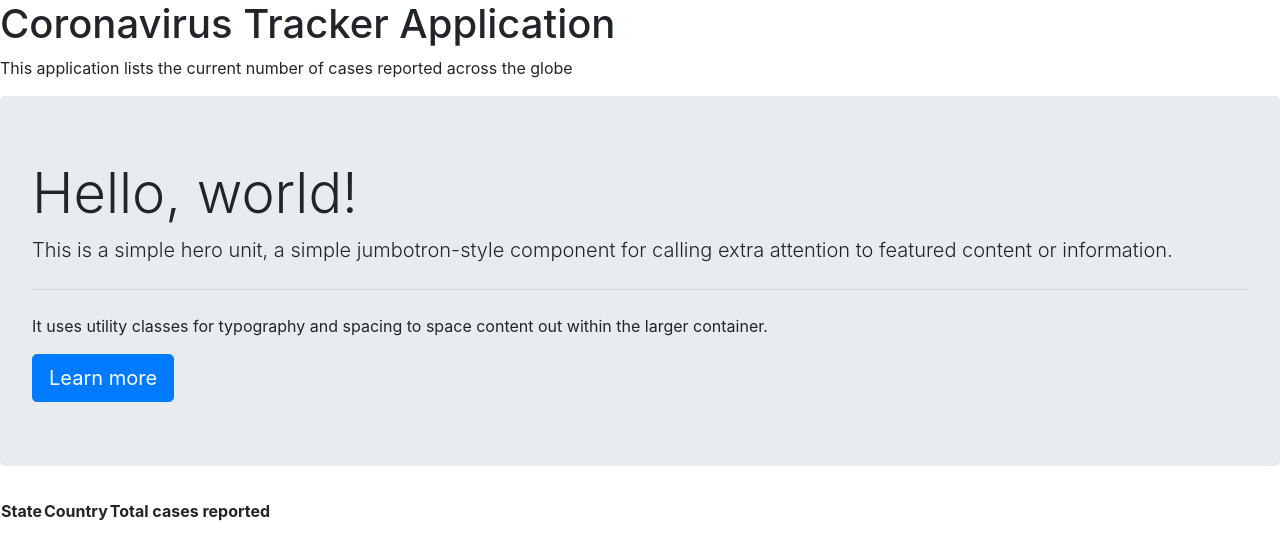
Repository: safaladhikari1/CoronaVirusTrackerApp
Page: http://localhost/home
These files come from the project's save history. The page is drawn as it stood at one moment and after the next save; the edit follows.
The browser window is 1280 px wide. The pictures show the whole page.
The page is this project's Thymeleaf template; nobody is signed in. The template is opened directly, without the code that normally fills it, so the values that code supplies are empty.

Above is the page before, as saved 2020-08-30 07:30:52.

### coronavirus-tracker/src/main/resources/templates/home.html
<!DOCTYPE html>

<html xmlns:th="http://www.thymeleaf.org">

  <head>
    <title>Coronavirus Tracker Application</title>
    <meta http-equiv="Content-Type" content="text/html; charset=UTF-8" />
    <link rel="stylesheet" href="https://stackpath.bootstrapcdn.com/bootstrap/4.5.2/css/bootstrap.min.css" integrity="sha384-JcKb8q3iqJ61gNV9KGb8thSsNjpSL0n8PARn9HuZOnIxN0hoP+VmmDGMN5t9UJ0Z" crossorigin="anonymous">


  </head>

  <body>

  	<h1>Coronavirus Tracker Application</h1>
  	<p>This application lists the current number of cases reported across the globe</p>

    <div class="jumbotron">

  		<h1 class="display-4">Hello, world!</h1>
  		<p class="lead">This is a simple hero unit, a simple jumbotron-style component for calling extra attention to featured content or information.</p>
  		<hr class="my-4">
  		<p>It uses utility classes for typography and spacing to space content out within the larger container.</p>
  		<a class="btn btn-primary btn-lg" href="#" role="button">Learn more</a>
	</div>

    <table>
	  <tr>
	    <th>State</th>
	    <th>Country</th>
	    <th>Total cases reported</th>
	  </tr>
	  <tr th:each="locationStat : ${locationStats}">
	    <td th:text="${locationStat.state}"></td>
	    <td th:text="${locationStat.country}"></td>
	    <td th:text="${locationStat.latestTotalCases}">0</td>
	  </tr>
	</table>

  </body>

</html>

After the next save:
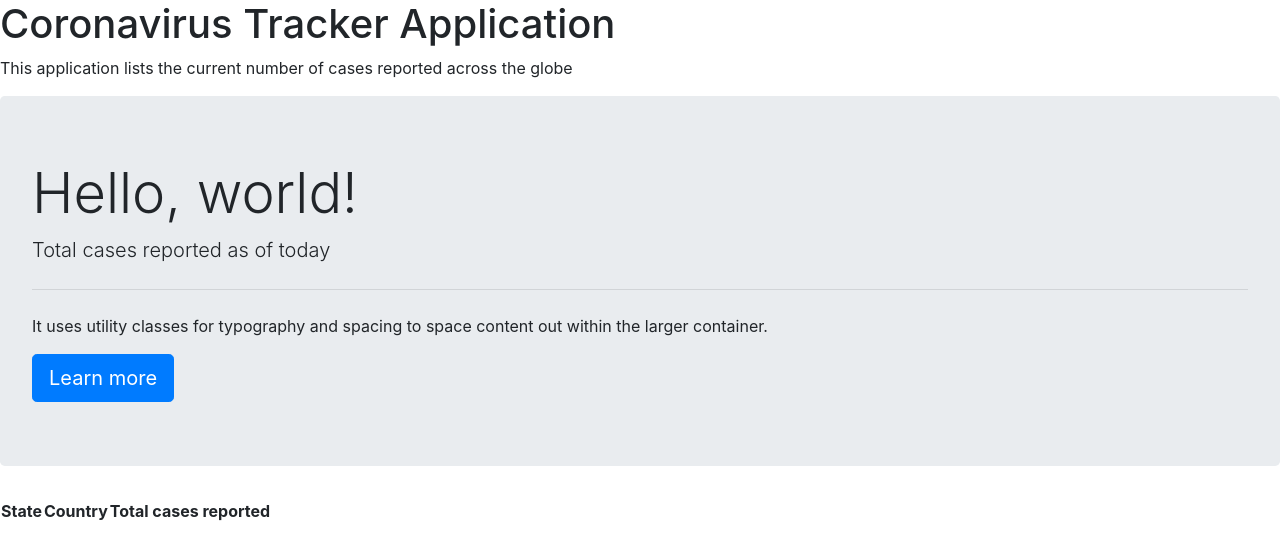
Saved 23 s later.
--- a/coronavirus-tracker/src/main/resources/templates/home.html
+++ b/coronavirus-tracker/src/main/resources/templates/home.html
@@ -18,7 +18,7 @@
     <div class="jumbotron">
 
   		<h1 class="display-4">Hello, world!</h1>
-  		<p class="lead">This is a simple hero unit, a simple jumbotron-style component for calling extra attention to featured content or information.</p>
+  		<p class="lead">Total cases reported as of today</p>
   		<hr class="my-4">
   		<p>It uses utility classes for typography and spacing to space content out within the larger container.</p>
   		<a class="btn btn-primary btn-lg" href="#" role="button">Learn more</a>
